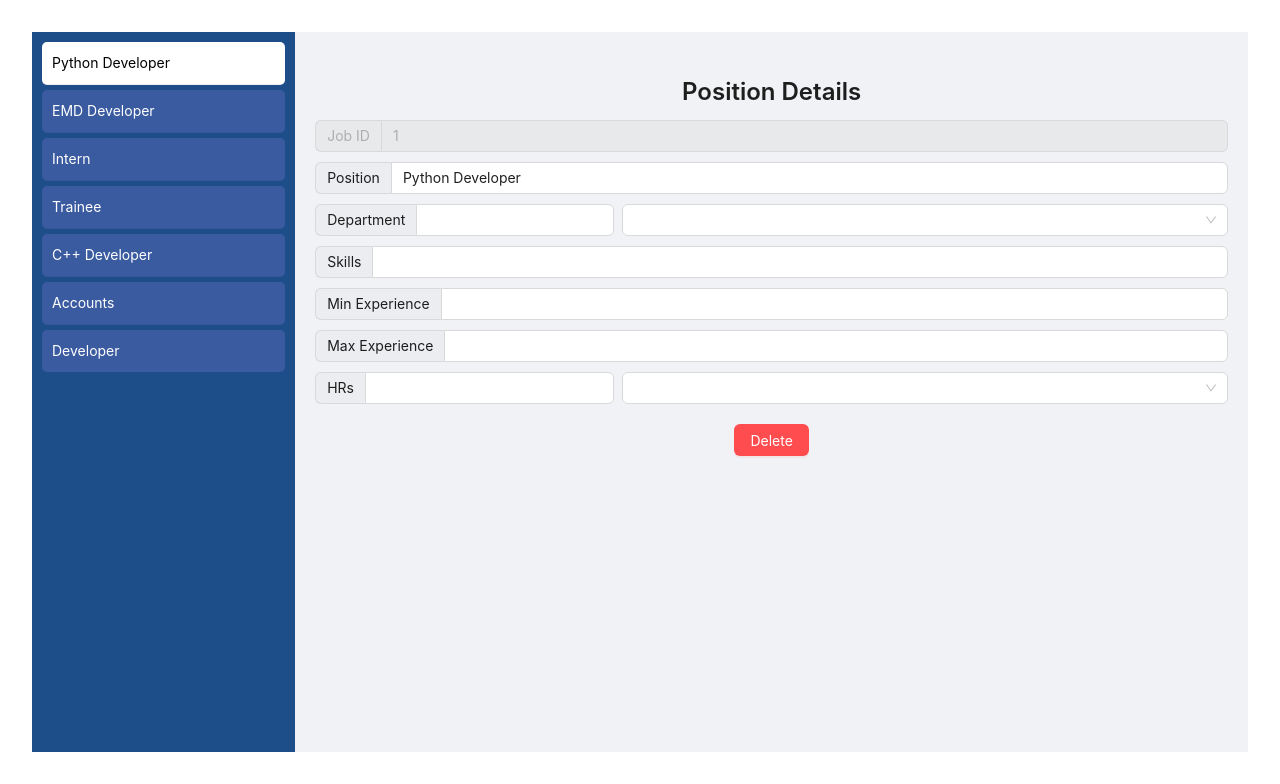
Repository: Moqueed/Delta_Iot
Page: /admin-dashboard/active-positions (app in client/), after clicking the first element matching `li.ant-list-item`
These files come from the project's save history. The page is drawn as it stood at one moment and after the next save; the edit follows.
The browser window is 1280 px wide. The pictures show the whole page.
The project was rebuilt for these pictures with package versions that can differ from the ones it lists, and the page was loaded fresh each time. Also part of the build but not shown: client/vite.config.js, client/src/api/users.js, client/src/pages/Register/index.jsx, client/src/pages/Login/index.jsx, client/src/components/ProtectedRoute.jsx, client/src/pages/HR/HRDashboard.jsx, client/src/pages/Admin/AdminDashboard.jsx, client/src/pages/HR/TotalDataPage.jsx.

Above is the page before, as saved 2025-03-14 15:01:46.

After the next save:
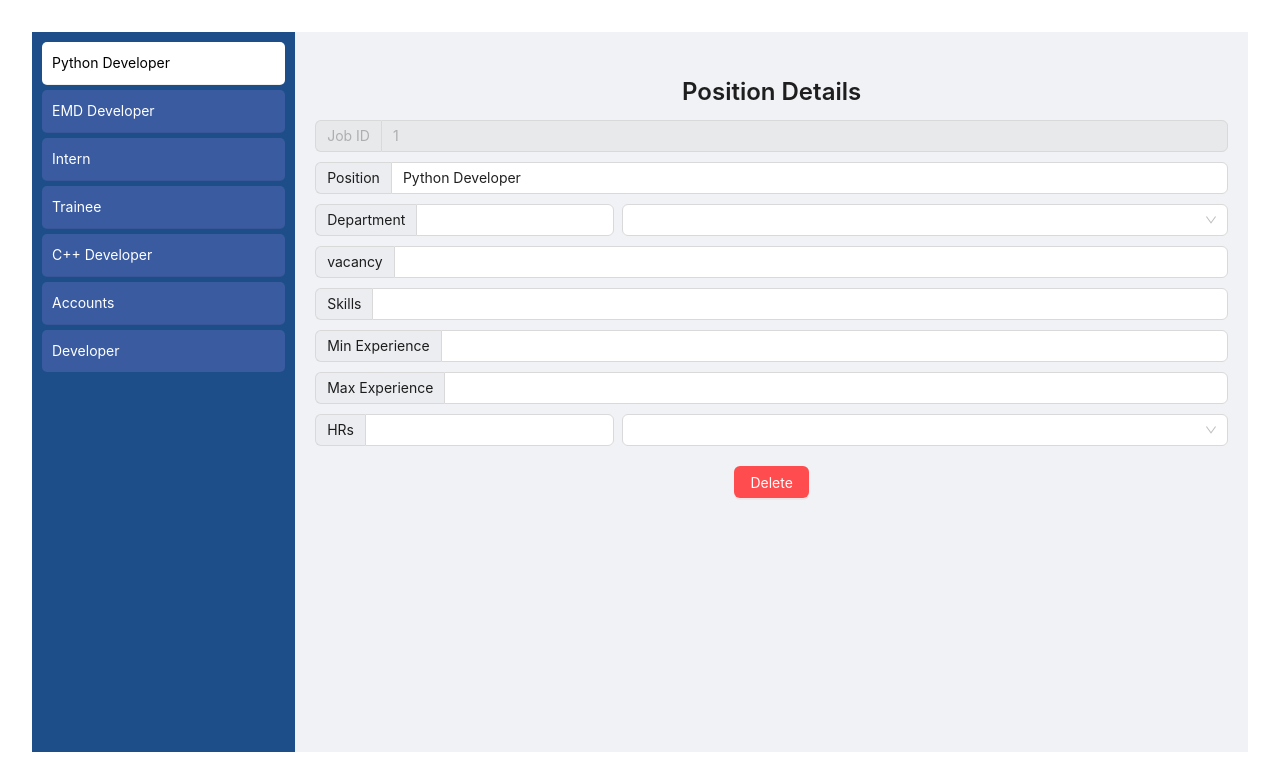
Saved 3 min 48 s later.
--- a/client/src/pages/Admin/ActivePositions.jsx
+++ b/client/src/pages/Admin/ActivePositions.jsx
@@ -76,6 +76,7 @@ const ActivePositions = () => {
                 </Select>
               </Col>
             </Row>
+            <Input addonBefore="vacancy" value={selectedPosition.vacancy} style={{ marginBottom: "10px" }} />
             <Input addonBefore="Skills" value={selectedPosition.skills} style={{ marginBottom: "10px" }} />
             <Input addonBefore="Min Experience" value={selectedPosition.minimum_experience} style={{ marginBottom: "10px" }} />
             <Input addonBefore="Max Experience" value={selectedPosition.maximum_experience} style={{ marginBottom: "10px" }} />
